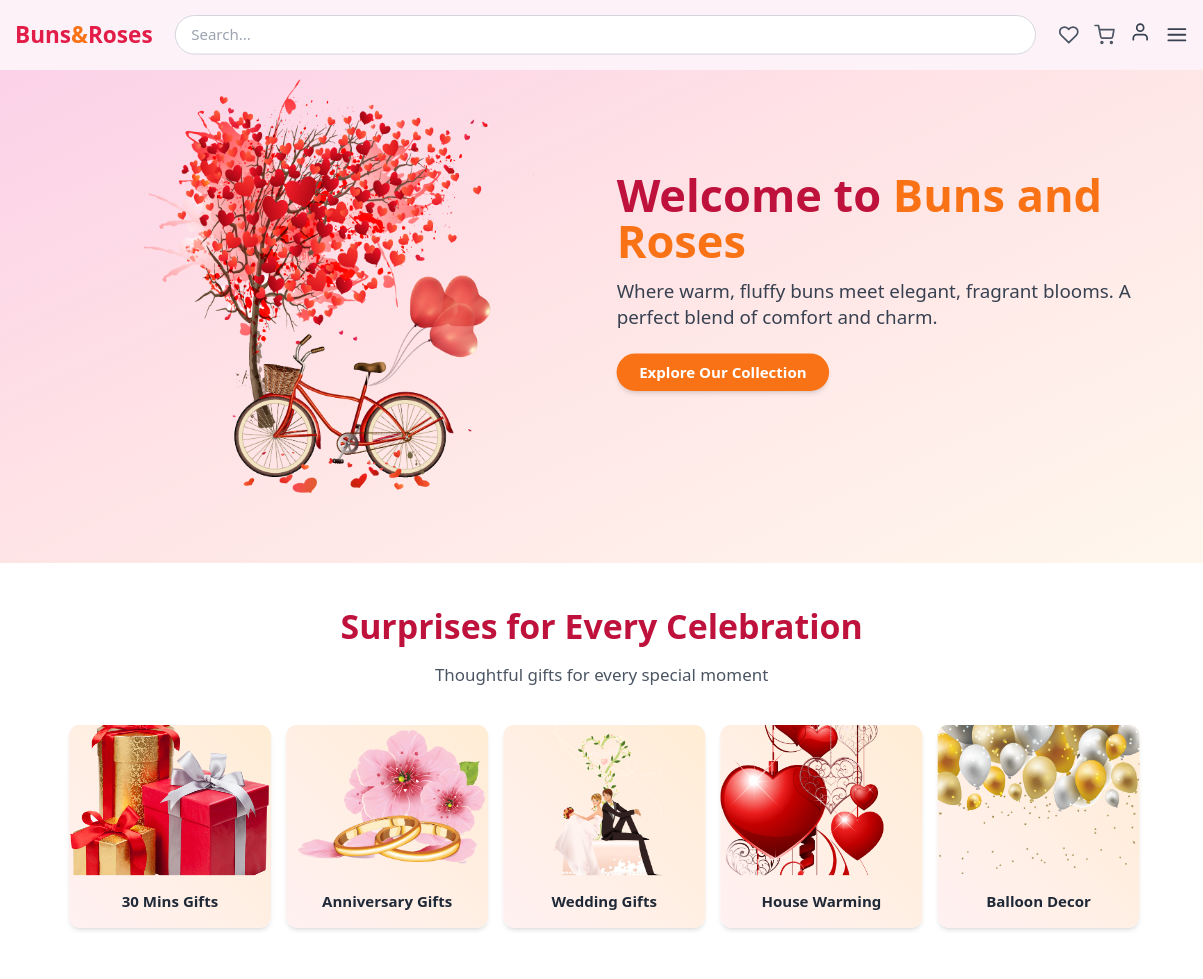
Repository: Purniagithub/buns-and-roses
Page: /
The author's editor kept a copy of each file at every save. The page is drawn from the files as they stood at one save, then again after the next save.
The browser window is 1280 px wide. The pictures show the whole page, at 94% of full size.
The project was rebuilt for these pictures with package versions that can differ from the ones it lists, and the page was loaded fresh each time. Also part of the build but not shown: vite.config.js, src/pages/About.jsx. Imported but missing from the stored project, and not drawn on this page: src/components/RelationshipSec tion.

Above is the page before, as saved 2025-08-10 01:47:36.

### src/App.jsx
import React from 'react';
import { BrowserRouter as Router, Routes, Route } from 'react-router-dom';

import Home from './pages/Home';
import About from './pages/About';
import Navbar from './components/Navbar';

function App() {
  return (
    <Router>
      <Navbar />
      <Routes>
        <Route path="/" element={<Home />} />
        <Route path="/about" element={<About />} />
      </Routes>
    </Router>
  );
}

export default App;

### src/pages/Home.jsx
import React from "react";
import Slider from "react-slick";
import "slick-carousel/slick/slick.css";
import "slick-carousel/slick/slick-theme.css";

const Home = () => {
  const celebrationItems = [
    { title: "Birthday Gifts", image: "/image 3.webp" },
    { title: "Send Rakhi Online", image: "/pngegg (3).png" },
    { title: "30 Mins Gifts", image: "/pngegg (4).png" },
    { title: "Anniversary Gifts", image: "/pngegg (7).png" },
    { title: "Wedding Gifts", image: "/pngegg (8).png" },
    { title: "House Warming", image: "/pngegg (9).png" },
    { title: "Balloon Decor", image: "pngegg (2).png" },
  ];

  const sliderSettings = {
    dots: false,
    infinite: true,
    speed: 500,
    slidesToShow: 5,
    slidesToScroll: 1,
    autoplay: true,
    autoplaySpeed: 2500,
    responsive: [
      { breakpoint: 1024, settings: { slidesToShow: 3 } },
      { breakpoint: 768, settings: { slidesToShow: 2 } },
      { breakpoint: 480, settings: { slidesToShow: 1 } },
    ],
  };

  return (
    <>
      {/* Hero Section */}
      <div className="min-h-80 bg-gradient-to-br from-pink-200 via-rose-100 to-orange-50 flex items-center justify-center px-4 py-12">
        <div className="max-w-6xl w-full grid grid-cols-1 md:grid-cols-2 gap-8 items-center">
          {/* Left Side - Image */}
          <div className="flex justify-center">
            <img
              src="/pngegg (1).png"
              alt="Delicious buns and roses"
              className="w-full max-w-md h-auto rounded-3xl transform hover:scale-105 transition duration-500"
            />
          </div>

          {/* Right Side - Text Content */}
          <div className="text-center md:text-left">
            <h1 className="text-4xl md:text-5xl font-extrabold text-rose-700 leading-tight mb-4">
              Welcome to <span className="text-orange-500">Buns and Roses</span>
            </h1>
            <p className="text-lg md:text-xl text-gray-700 mb-6">
              Where warm, fluffy buns meet elegant, fragrant blooms. A perfect
              blend of comfort and charm.
            </p>
            <button className="bg-orange-500 hover:bg-orange-600 text-white font-semibold py-2 px-6 rounded-full shadow-md transition duration-300">
              Explore Our Collection
            </button>
          </div>
        </div>
      </div>

      {/* Celebration Section with Slider */}
      <section className="py-12 bg-white px-4">
        <div className="max-w-7xl mx-auto text-center mb-10">
          <h2 className="text-3xl md:text-4xl font-bold text-rose-700 mb-4">
            Surprises for Every Celebration
          </h2>
          <p className="text-gray-600 text-lg">
            Thoughtful gifts for every special moment
          </p>
        </div>

        <div className="max-w-6xl mx-auto">
          <Slider {...sliderSettings}>
            {celebrationItems.map((item, index) => (
              <div key={index} className="px-2">
                <div className="bg-gradient-to-tr from-rose-50 to-orange-100 rounded-xl shadow-md overflow-hidden hover:shadow-xl transition hover:scale-105">
                  <img
                    src={item.image}
                    alt={item.title}
                    className="w-full h-40 object-cover"
                  />
                  <div className="p-4 text-center">
                    <h3 className="text-md font-semibold text-gray-800">
                      {item.title}
                    </h3>
                  </div>
                </div>
              </div>
            ))}
          </Slider>
        </div>
      </section>
    </>
  );
};

export default Home;

### src/components/Navbar.jsx
import React, { useState, useEffect } from "react";
import { FiMenu, FiX, FiUser, FiHeart, FiShoppingCart } from "react-icons/fi";

const Navbar = () => {
  const [isMenuOpen, setIsMenuOpen] = useState(false);
  const [isDropdownOpen, setIsDropdownOpen] = useState(false);
  const [scrolled, setScrolled] = useState(false);

  useEffect(() => {
    const handleScroll = () => {
      setScrolled(window.scrollY > 50);
    };
    window.addEventListener("scroll", handleScroll);
    return () => window.removeEventListener("scroll", handleScroll);
  }, []);

  const navItems = [
    { label: "Home", href: "/" },
    { label: "Shop", href: "#" },
    { label: "Flowers", href: "#" },
    { label: "Bakery", href: "#" },
    { label: "About", href: "/about" },
    { label: "Contact", href: "#" },
  ];

  return (
    <nav
      className={`w-full fixed top-0 z-50 transition-all duration-300 ${
        scrolled ? "bg-white shadow-md py-2" : "bg-pink-50 py-4"
      }`}
    >
      <div className="max-w-7xl mx-auto px-4 flex justify-between items-center">
        {/* Logo */}
        <div className="text-2xl font-extrabold text-rose-600">
          Buns<span className="text-orange-500">&</span>Roses
        </div>

        {/* Search Bar - only on md+ */}
        <div className="hidden md:flex flex-1 mx-6">
          <input
            type="text"
            placeholder="Search..."
            className="w-full px-4 py-2 rounded-full border border-gray-300 focus:outline-none focus:ring-2 focus:ring-rose-400"
          />
        </div>

        {/* Right Icons */}
        <div className="flex items-center space-x-4">
          <button className="text-gray-600 hover:text-rose-500 transition">
            <FiHeart size={22} />
          </button>
          <button className="text-gray-600 hover:text-orange-500 transition">
            <FiShoppingCart size={22} />
          </button>

          {/* User Dropdown */}
          <div className="relative">
            <button
              onClick={() => setIsDropdownOpen(!isDropdownOpen)}
              className="text-gray-700 hover:text-rose-600 transition"
            >
              <FiUser size={22} />
            </button>
            {isDropdownOpen && (
              <div className="absolute right-0 mt-2 w-40 bg-white border rounded-md shadow-lg py-2 z-10">
                <button className="block w-full text-left px-4 py-2 text-sm hover:bg-rose-100 text-gray-700">
                  Login
                </button>
                <button className="block w-full text-left px-4 py-2 text-sm hover:bg-rose-100 text-gray-700">
                  Sign Up
                </button>
              </div>
            )}
          </div>

          {/* Toggle Button (always visible) */}
          <button
            className="text-gray-700 focus:outline-none"
            onClick={() => setIsMenuOpen(!isMenuOpen)}
          >
            {isMenuOpen ? <FiX size={24} /> : <FiMenu size={24} />}
          </button>
        </div>
      </div>

      {/* Toggle Dropdown Menu (all screen sizes) */}
      {isMenuOpen && (
        <div className="w-full bg-white shadow-md md:hidden px-4 pb-4">
          <ul className="flex flex-col space-y-2">
            {navItems.map((item, index) => (
              <li key={index}>
                <a
                  href={item.href}
                  className="block text-gray-700 text-base px-4 py-2 rounded hover:bg-rose-100 transition"
                >
                  {item.label}
                </a>
              </li>
            ))}
          </ul>
        </div>
      )}

      {/* Desktop Menu as dropdown (same links, visible only if menu is toggled) */}
      {isMenuOpen && (
        <div className="hidden md:block bg-white shadow-md px-4 pb-4">
          <ul className="flex justify-center space-x-6">
            {navItems.map((item, index) => (
              <li key={index}>
                <a
                  href={item.href}
                  className="text-gray-700 hover:text-rose-600 font-medium transition"
                >
                  {item.label}
                </a>
              </li>
            ))}
          </ul>
        </div>
      )}
    </nav>
  );
};

export default Navbar;

Loaded but not shown: index.html (common file); src/main.jsx (common file); src/index.css (common file); tailwind.config.js (common file)

After the next save:
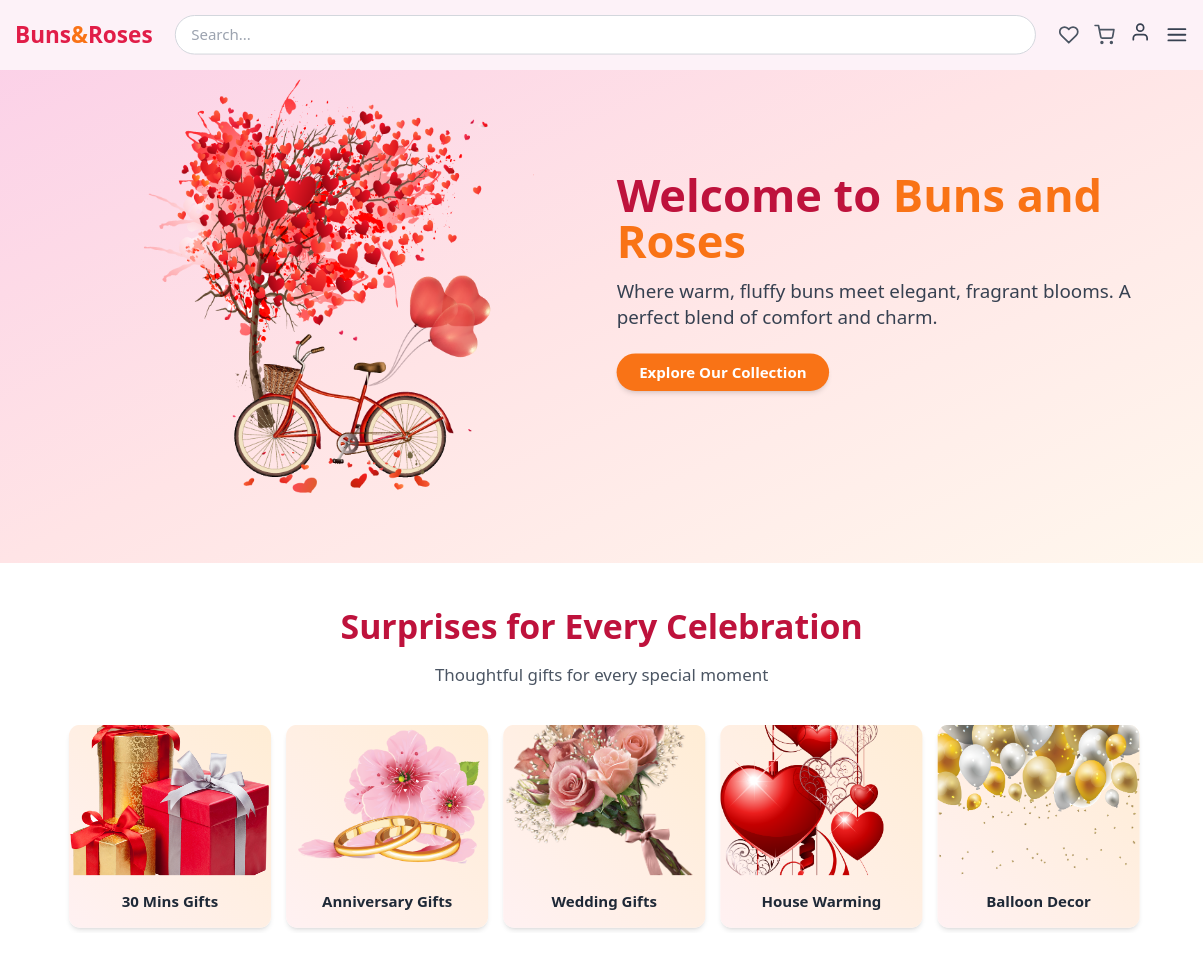
Saved 37 s later.
--- a/src/pages/Home.jsx
+++ b/src/pages/Home.jsx
@@ -9,7 +9,7 @@ const Home = () => {
     { title: "Send Rakhi Online", image: "/pngegg (3).png" },
     { title: "30 Mins Gifts", image: "/pngegg (4).png" },
     { title: "Anniversary Gifts", image: "/pngegg (7).png" },
-    { title: "Wedding Gifts", image: "/pngegg (8).png" },
+    { title: "Wedding Gifts", image: "/pngegg.png" },
     { title: "House Warming", image: "/pngegg (9).png" },
     { title: "Balloon Decor", image: "pngegg (2).png" },
   ];
